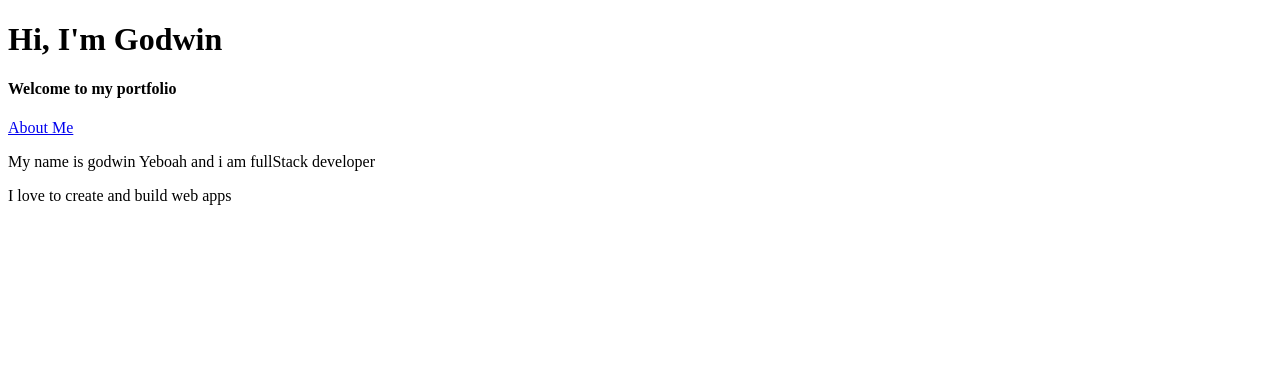
Repository: GodwinYeboah1/Java-Assignment-
Page: SpringIntro/springProjects/portfolio/src/main/resources/static/index.html
The author's editor kept a copy of each file at every save. The page is drawn from the files as they stood at one save, then again after the next save.
The browser window is 1280 px wide. The pictures show the whole page.

Above is the page before, as saved 2018-03-09 20:29:16.

### SpringIntro/springProjects/portfolio/src/main/resources/static/index.html
<!DOCTYPE html>
<html>
<head>
	<title></title>
</head>
<body>
		<h1>Hi, I'm Godwin</h1>
		<h4>Welcome to my portfolio</h4>

		<div>
		<a href="/aboutMe"> About Me</a>

			<div id="aboutMe">
			   <p> My name is godwin Yeboah and i am  fullStack developer</p>
			   <p> I love to create  and build web apps </p>
			</div>

		</div>

</body>
</html>

After the next save:
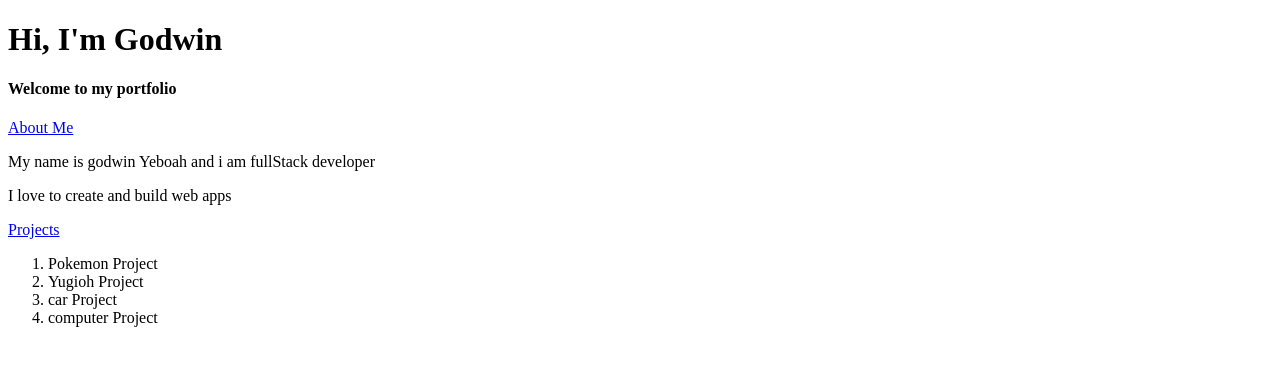
Saved 2 min 31 s later.
--- a/SpringIntro/springProjects/portfolio/src/main/resources/static/index.html
+++ b/SpringIntro/springProjects/portfolio/src/main/resources/static/index.html
@@ -16,6 +16,21 @@
 			</div>
 
 		</div>
+		<div>
+		<a href="/project"> Projects</a>
+
+			<div id="projects">
+
+				<ol>
+					<li> Pokemon Project </li>
+					<li> Yugioh Project </li>
+					<li> car Project </li>
+					<li> computer Project </li>
+				</ol>
+
+			</div>
+
+		</div>
 
 </body>
 </html>
